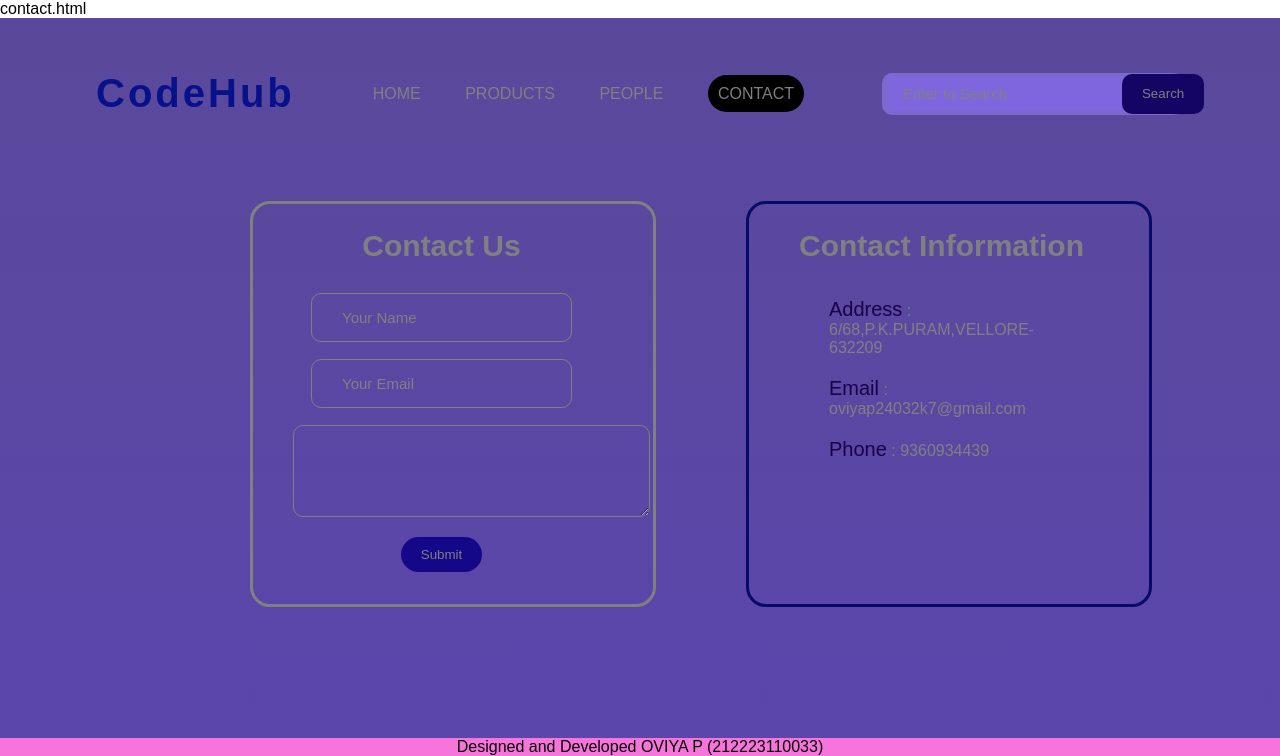
Repository: Oviya24032K6/softweb
Page: oviya/softapp/static/contact.html
An editor plug-in stored every save of this project. The page is shown before and after a run of saves, followed by the edit.
The browser window is 1280 px wide. The pictures show the whole page.

Above is the page before, as saved 2024-04-23 11:24:51.

### oviya/softapp/static/contact.html

contact.html

<html>
    <head>
        <meta name="viewport" content="width=device-width, initial-scale=1.0">
        <title> Contact Us Page </title>
        <style type="text/css">
            * {
                margin: 0;
                padding: 0;
                font-family: Arial, Helvetica, sans-serif;
            }
            .banner {
                width: 100%;
                height: 100vh;
                background-image: linear-gradient(rgba(34, 12, 120, 0.75),rgba(35, 8, 144, 0.75));
                background-size: cover;
                background-position: center;
            }
            .navbar {
                width: 85%;
                margin: auto;
                padding: 35px 0;
                display: flex;
                align-items: center;
                justify-content: space-between;
            }
            .bg-contact {
                border: 1px;
                padding: 10px;
                color: gray;
                background-color:#000000;
                border-radius: 30px;
            }
            .logo {
                color:#07128a;
                font-size: 40px;
                font-weight: 700;
                letter-spacing: 3px;
            }
            span {
                color: gray;
            }
            .navbar form {
                width: 300px;
                height: 40px;
                display: flex;
                background: rgba(255, 255, 255, 0.2);
                padding: 1px 1px;
                font-size: 15px;
                border-radius: 10px;
                backdrop-filter: blur(4px) saturate(180%);
            }
            .navbar form input {
                background: transparent;
                flex: 1;
                border: 0;
                outline: none;
                padding: 12px 20px;
                font-size: 15px;
                color: gray;
            }
            ::placeholder {
                color: gray;
            }
            .navbar form button {
                border: 0;
                outline: none;
                padding: 5px 20px;
                color: gray;
                border-radius: 10px;
                background:#140464;
                cursor: pointer;
            }
            .navbar li {
                list-style: none;
                display: inline-block;
                margin: 0 20px;
                position: relative;
            }
            .navbar li a {
                text-decoration: none;
                color: gray;
                text-transform: uppercase;
            }
            .navbar li:hover {
                border: 1px;
                padding: 10px;
                color: gray;
                background-color:#06036a;
                transition: 0.5s;
                cursor: pointer;
                border-radius: 30px;
            }
            .box {
                display: flex;
                column-gap: 40px;
                background: transparent;
                position: relative;
                top: 50px;
            }
            .box-1 {
                height: 400px;
                width: 400px;
                border: 3px solid gray;
                border-radius: 20px;
                background: transparent;
                position: relative;
                left: 250px;
            }
            .box-2 {
                height: 400px;
                width: 400px;
                border: 3px solid#060b68;
                border-radius: 20px;
                background: transparent;
                position: relative;
                left: 300px;
            }
            .box-1 form {
                display: flex;
                color: gray;
                background: transparent;
                padding: 10px;
                font-size: 15px;
                position: relative;
                top: 15px;
            }
            .box-1 form input {
                background: transparent;
                display: flex;
                border: 1px solid gray;
                border-radius: 10px;
                padding: 15px 30px;
                font-size: 15px;
                color: gray;
                position: relative;
                top: 30px;
            }
            .box-1 form textarea {
                background: transparent;
                color: gray;
                padding: 15px 10px;
                position: relative;
                top: 30px;
                left: 30px;
                border: 1px solid gray;
                border-radius: 10px;
            }
            .box-1 form button {
                border: 0;
                outline: none;
                padding: 10px 20px;
                color: gray;
                border-radius: 30px;
                background:#140788;
                cursor: pointer;
                position: relative;
                top: 50px;
            }
            .box-2 h2 {
                color: gray;
                position: relative;
                top: 25px;
                left: 50px;
                font-size: 30px;
            }
            .box-2 p {
                color: gray;
                position: relative;
                top: 50px;
                padding: 10px 80px;
            }
            .box-2 span {
                color:#180247;
                font-size: 20px;
            }
            footer {
                background-color:#f775db;
                margin-top: auto;
            }
        </style>
    </head>
<body>
    <div class="banner">
        <br>
        <div class="navbar">
            <h1 class="logo">CodeHub</h1>
            <ul>
                <li><a href="http://127.0.0.1:8000/static/home.html"> Home </a></li>
                <li><a href="http://127.0.0.1:8000/static/product.html"> Products </a></li>
                <li><a href="http://127.0.0.1:8000/static/people.html"> People </a></li>
                <li><a href="http://127.0.0.1:8000/static/contact.html" class="bg-contact"> Contact </a></li>
            </ul>
            <form action="" method="get">
                <input type="text" placeholder="Enter to Search">
                <button type="submit"> Search </button>
            </form>
        </div>
        <div class="box">
            <div class="box-1">
                <form>
                    <center>
                        <h1> Contact Us </h1>
                        <input type="text" placeholder="Your Name">
                        <br>
                        <input type="email" placeholder="Your Email">
                        <br>
                        <textarea rows="4" cols="40" placeholder="Your Message"> </textarea>
                        <br>
                        <button type="submit"> Submit </button>
                    </center>
                </form>
            </div>
            <div class="box-2">
                <h2> Contact Information </h2>
                <p> <span>Address</span> : 6/68,P.K.PURAM,VELLORE-632209 </p>
                <p> <span>Email</span> : oviyap24032k7@gmail.com </p>
                <p> <span>Phone</span> : 9360934439 </p>
            </div>
        </div>
    </div>
    <footer>
        <center> Designed and Developed OVIYA P (212223110033) </center>
    </footer>
</body>
</html>

After the next 2 saves:
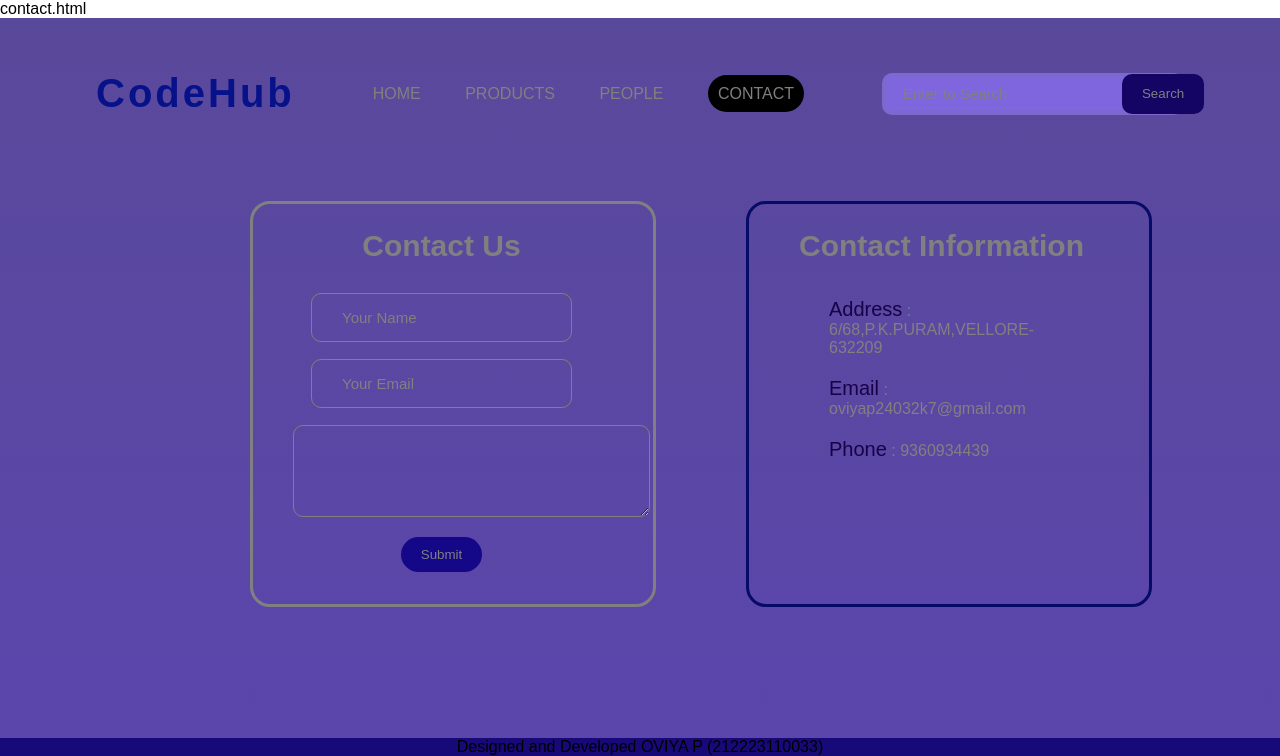
The 2 saves are shown as one change because they came seconds apart.
The last was saved 5 s later.
--- a/oviya/softapp/static/contact.html
+++ b/oviya/softapp/static/contact.html
@@ -177,7 +177,7 @@ contact.html
                 font-size: 20px;
             }
             footer {
-                background-color:#f775db;
+                background-color:#180979;
                 margin-top: auto;
             }
         </style>
